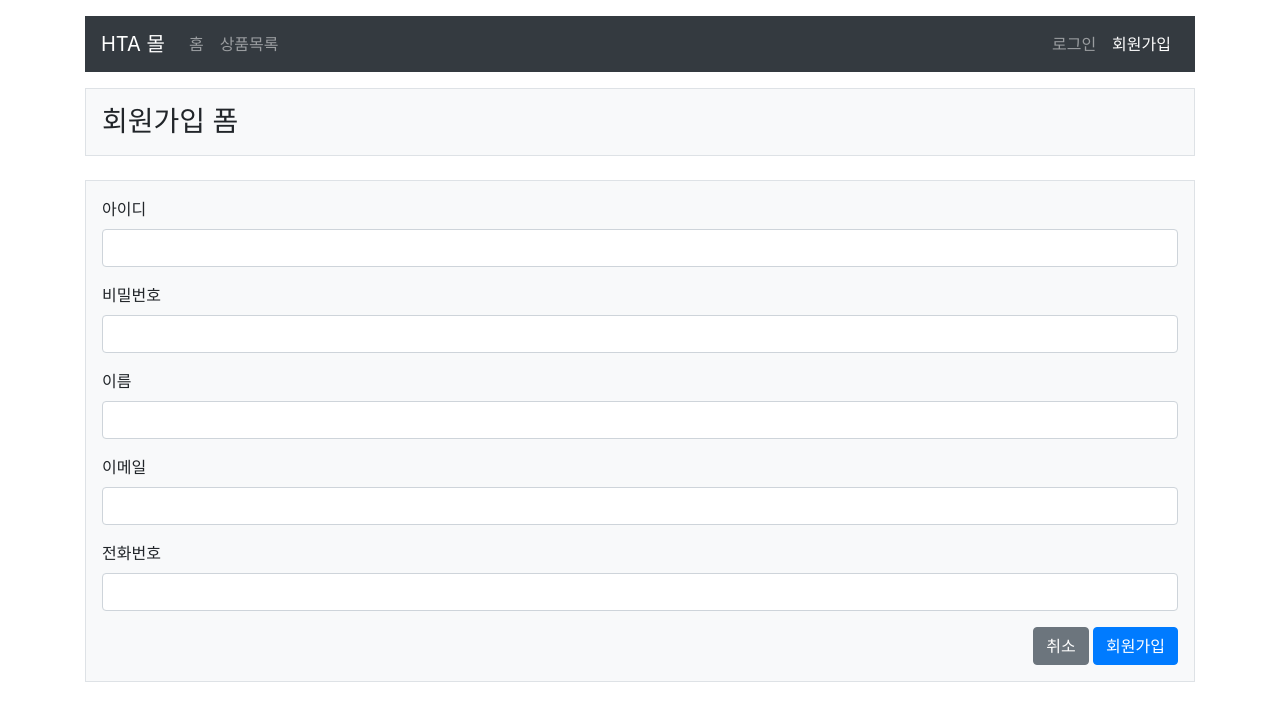
Repository: onuo77/ja_HTA
Page: http://localhost/sample-mybatis/user/registerform.jsp
The author's editor kept a copy of each file at every save. The page is drawn from the files as they stood at one save, then again after the next save.
The browser window is 1280 px wide. The pictures show the whole page.
The page is served by Tomcat 9.

Above is the page before, as saved 2021-05-28 02:28:50.

After the next save:
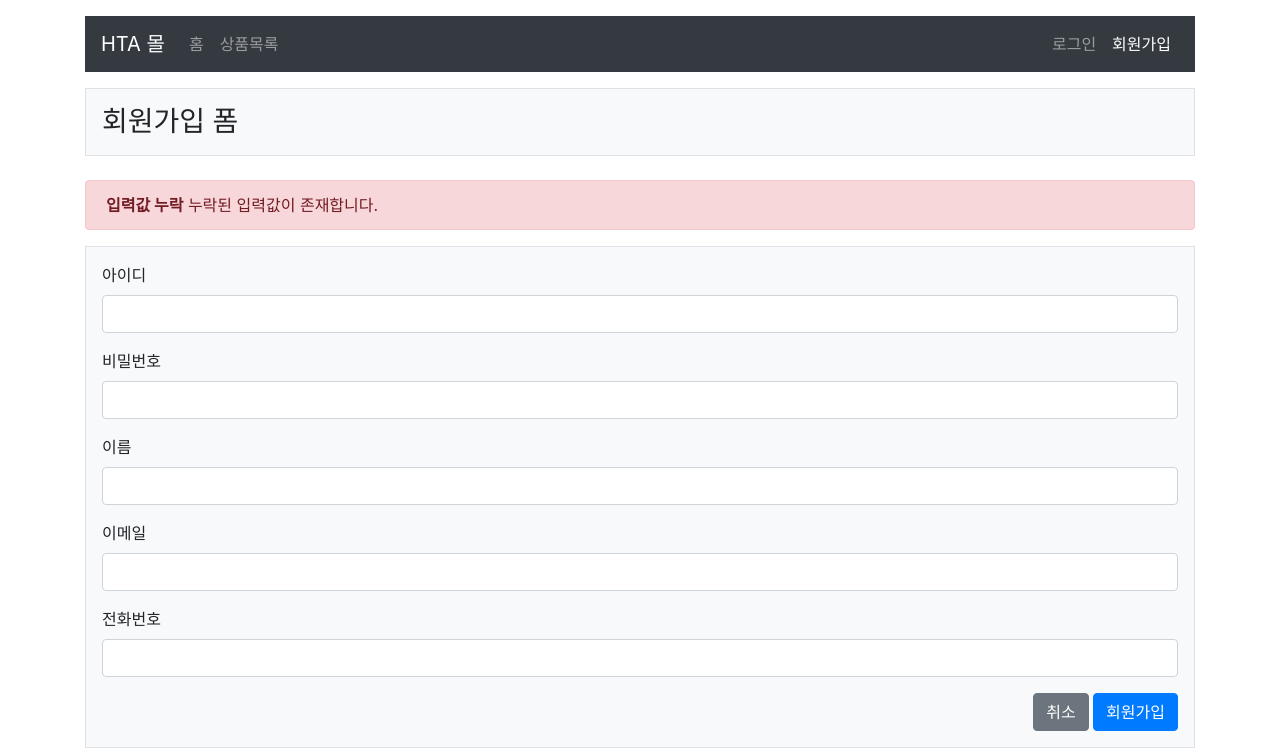
Saved 3 min 39 s later.
--- a/java-web/sample-mybatis/src/main/webapp/user/registerform.jsp
+++ b/java-web/sample-mybatis/src/main/webapp/user/registerform.jsp
@@ -25,6 +25,11 @@
 			</div>
 		</div>
 		<div class="row">
+			<div class="col-12">
+				<div class="alert alert-danger">
+					<strong>입력값 누락</strong> 누락된 입력값이 존재합니다.
+				</div>
+			</div>
 			<div class="col-12">
 				<form method="post" action="register.jsp" class="border p-3 bg-light">
 					<div class="form-group">
